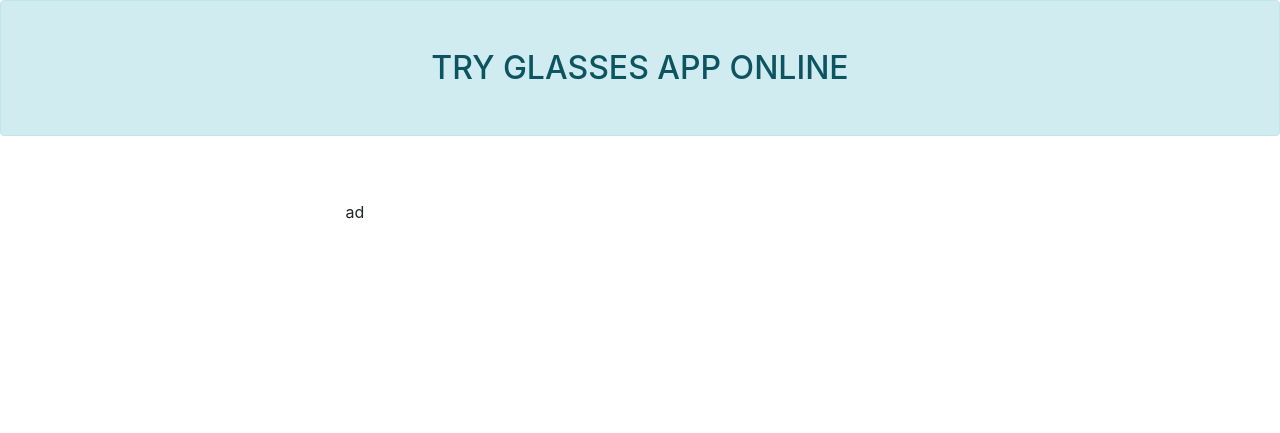
Repository: phongthanhh/ChoseGlass
Page: /
An editor plug-in stored every save of this project. The page is shown before and after a run of saves, followed by the edit.
The browser window is 1280 px wide. The pictures show the whole page.
The project was rebuilt for these pictures with package versions that can differ from the ones it lists, and the page was loaded fresh each time.

Above is the page before, as saved 2022-12-25 15:37:57.

### public/index.html
<!DOCTYPE html>
<html lang="en">
  <head>
    <meta charset="utf-8" />
    <link rel="icon" href="%PUBLIC_URL%/favicon.ico" />
    <meta name="viewport" content="width=device-width, initial-scale=1" />
    <meta name="theme-color" content="#000000" />
    <meta
      name="description"
      content="Web site created using create-react-app"
    />

      <!-- Bootstrap CSS -->
      <link rel="stylesheet" href="https://stackpath.bootstrapcdn.com/bootstrap/4.3.1/css/bootstrap.min.css" integrity="sha384-ggOyR0iXCbMQv3Xipma34MD+dH/1fQ784/j6cY/iJTQUOhcWr7x9JvoRxT2MZw1T" crossorigin="anonymous">
    <link rel="apple-touch-icon" href="%PUBLIC_URL%/logo192.png" />
    <!--
      manifest.json provides metadata used when your web app is installed on a
      user's mobile device or desktop. See https://developers.google.com/web/fundamentals/web-app-manifest/
    -->
    <link rel="manifest" href="%PUBLIC_URL%/manifest.json" />
    <!--
      Notice the use of %PUBLIC_URL% in the tags above.
      It will be replaced with the URL of the `public` folder during the build.
      Only files inside the `public` folder can be referenced from the HTML.

      Unlike "/favicon.ico" or "favicon.ico", "%PUBLIC_URL%/favicon.ico" will
      work correctly both with client-side routing and a non-root public URL.
      Learn how to configure a non-root public URL by running `npm run build`.
    -->
    <title>React App</title>
  </head>
  <body>
    <noscript>You need to enable JavaScript to run this app.</noscript>
    <div id="root"></div>
    <!--
      This HTML file is a template.
      If you open it directly in the browser, you will see an empty page.

      You can add webfonts, meta tags, or analytics to this file.
      The build step will place the bundled scripts into the <body> tag.

      To begin the development, run `npm start` or `yarn start`.
      To create a production bundle, use `npm run build` or `yarn build`.
    -->

     <!-- Optional JavaScript -->
    <!-- jQuery first, then Popper.js, then Bootstrap JS -->
    <script src="https://code.jquery.com/jquery-3.3.1.slim.min.js" integrity="sha384-q8i/X+965DzO0rT7abK41JStQIAqVgRVzpbzo5smXKp4YfRvH+8abtTE1Pi6jizo" crossorigin="anonymous"></script>
    <script src="https://cdnjs.cloudflare.com/ajax/libs/popper.js/1.14.7/umd/popper.min.js" integrity="sha384-UO2eT0CpHqdSJQ6hJty5KVphtPhzWj9WO1clHTMGa3JDZwrnQq4sF86dIHNDz0W1" crossorigin="anonymous"></script>
    <script src="https://stackpath.bootstrapcdn.com/bootstrap/4.3.1/js/bootstrap.min.js" integrity="sha384-JjSmVgyd0p3pXB1rRibZUAYoIIy6OrQ6VrjIEaFf/nJGzIxFDsf4x0xIM+B07jRM" crossorigin="anonymous"></script>
  </body>
</html>

### src/App.js
import logo from './logo.svg';
import './App.css';
import BTGlass from './ChoseGlass/BTGlass';

function App() {
  return (
    <div className="App">
      <BTGlass />
    </div>
  );
}

export default App;

### src/ChoseGlass/BTGlass.jsx
import React, { Component } from 'react';

class BTGlass extends Component {

    listGlass = [
        {
            "id": 1,
            "price": 30,
            "name": "GUCCI G8850U",
            "url": "./img/v1.png",
            "desc": "Light pink square lenses define these sunglasses, ending with amother of pearl effect tip. "
        },
        {
            "id": 2,
            "price": 50,
            "name": "GUCCI G8759H",
            "url": "./img/v2.png",
            "desc": "Light pink square lenses define these sunglasses, ending with amother of pearl effect tip. "
        },
        {
            "id": 3,
            "price": 30,
            "name": "DIOR D6700HQ",
            "url": "./img/v3.png",
            "desc": "Light pink square lenses define these sunglasses, ending with amother of pearl effect tip. "
        },
        {
            "id": 4,
            "price": 70,
            "name": "DIOR D6005U",
            "url": "./img/v4.png",
            "desc": "Light pink square lenses define these sunglasses, ending with amother of pearl effect tip. "
        },
        {
            "id": 5,
            "price": 40,
            "name": "PRADA P8750",
            "url": "./img/v5.png",
            "desc": "Light pink square lenses define these sunglasses, ending with amother of pearl effect tip. "
        },
        {
            "id": 6,
            "price": 60,
            "name": "PRADA P9700",
            "url": "./img/v6.png",
            "desc": "Light pink square lenses define these sunglasses, ending with amother of pearl effect tip. "
        },
        {
            "id": 7,
            "price": 80,
            "name": "FENDI F8750",
            "url": "./img/v7.png",
            "desc": "Light pink square lenses define these sunglasses, ending with amother of pearl effect tip. "
        },
        {
            "id": 8,
            "price": 100,
            "name": "FENDI F8500",
            "url": "./img/v8.png",
            "desc": "Light pink square lenses define these sunglasses, ending with amother of pearl effect tip. "
        },
        {
            "id": 9,
            "price": 60,
            "name": "FENDI F4300",
            "url": "./img/v9.png",
            "desc": "Light pink square lenses define these sunglasses, ending with amother of pearl effect tip. "
        }
    ]

    render() {
        return (
            <div>
                <section className='main'>
                    <h2 className='alert alert-info py-5'>TRY GLASSES APP ONLINE</h2>
                    <div className="item container">
                        <div className="row py-5">
                            <div className="col-6">
                                <img src="" alt="" />
                                ad
                            </div>
                            <div className="col-6">
                                <img src="" alt="" />

                            </div>
                        </div>

                    </div>
                </section>
            </div>
        );
    }
}

export default BTGlass;

### src/ChoseGlass/GlassList.jsx
import React, { Component } from 'react'

export default class GlassList extends Component {


    renderListGlass = () => {
        return this.listGlass.map(glass => {
            return (
                <div className="col-2">
                    <img style={{ width: '100%' }} src={glass.url} alt="" />
                </div>
            )
        })
    }

    render() {
        return (
            <div className="row">
                {this.renderListGlass()}
            </div>
        )
    }
}

Loaded but not shown: src/index.js (common file); src/index.css (common file); src/reportWebVitals.js (common file); src/App.css (common file)

After the next 3 saves:
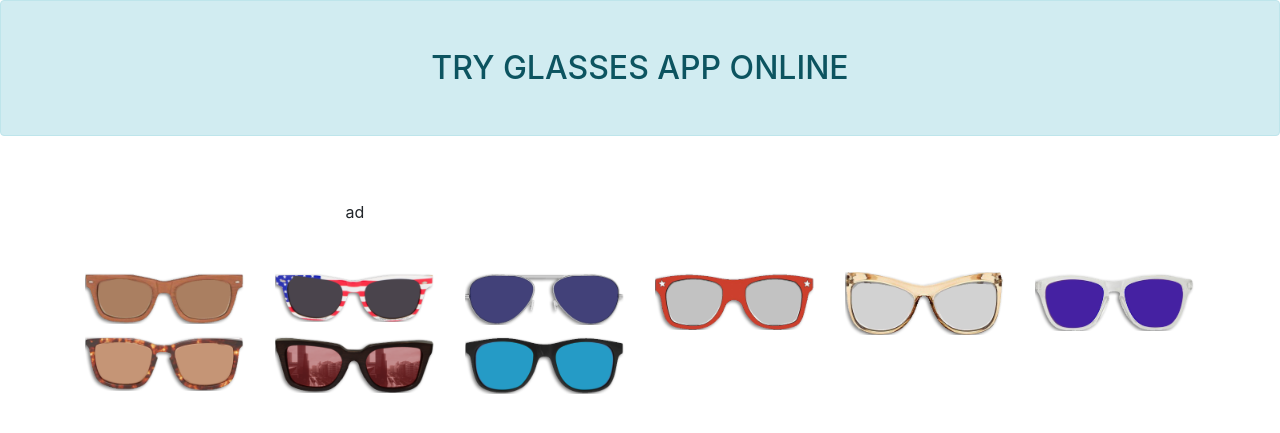
The 3 saves are shown as one change because 2 did not build or start.
The last was saved 27 s later.
--- a/src/ChoseGlass/BTGlass.jsx
+++ b/src/ChoseGlass/BTGlass.jsx
@@ -1,4 +1,5 @@
 import React, { Component } from 'react';
+import GlassList from './GlassList';
 
 class BTGlass extends Component {
 
@@ -84,7 +85,7 @@
 
                             </div>
                         </div>
-
+                        <GlassList listGlass={this.listGlass} />
                     </div>
                 </section>
             </div>
--- a/src/ChoseGlass/GlassList.jsx
+++ b/src/ChoseGlass/GlassList.jsx
@@ -4,7 +4,7 @@
 
 
     renderListGlass = () => {
-        return this.listGlass.map(glass => {
+        return this.props.listGlass.map(glass => {
             return (
                 <div className="col-2">
                     <img style={{ width: '100%' }} src={glass.url} alt="" />
